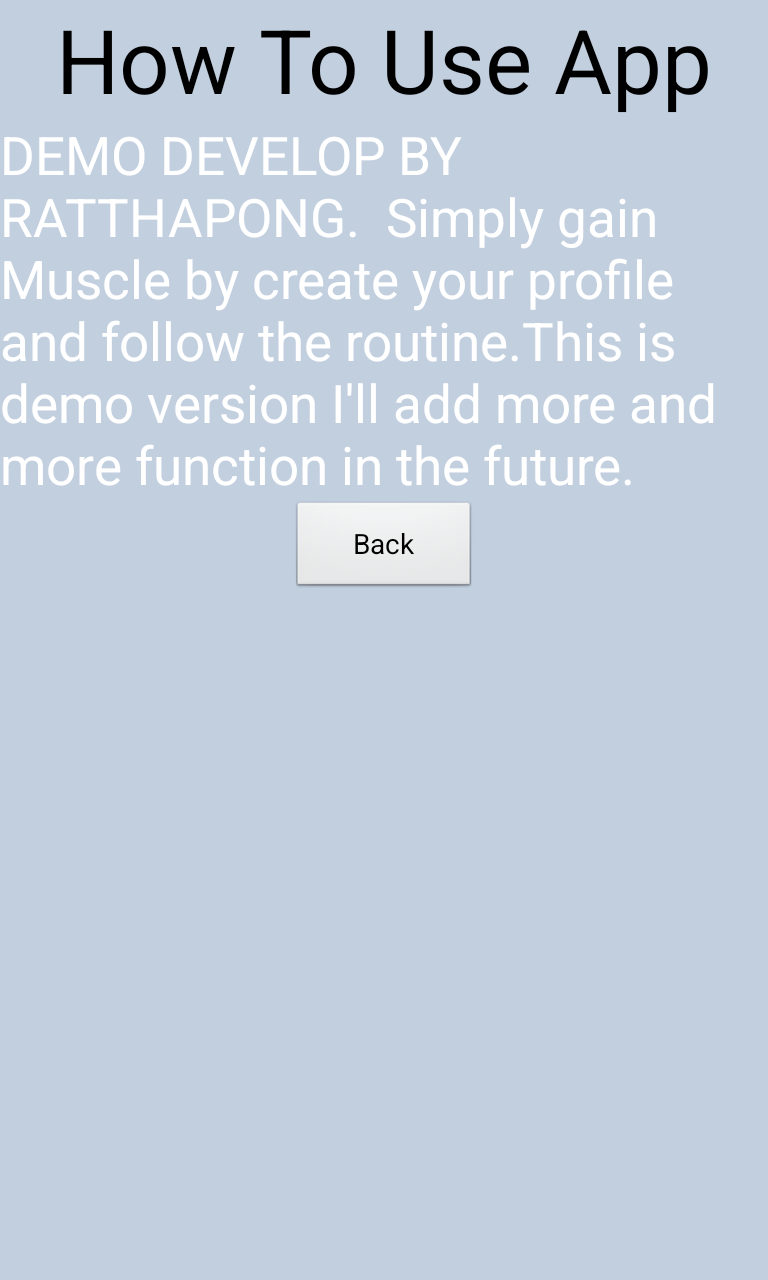
Repository: parinya1968/My-project
Layout: DroidWork/getBig/res/layout/howto.xml
These files come from the project's save history. The layout is drawn as it stood at one moment and after the next save; the edit follows.
It is drawn on a 768 x 1280 px phone screen (xhdpi) without system bars, with theme android:Theme.NoTitleBar.Fullscreen; the app's code is not run.

Above is the layout before, as saved 2012-06-20 06:03:11.

### DroidWork/getBig/res/layout/howto.xml
<?xml version="1.0" encoding="utf-8"?>
<LinearLayout xmlns:android="http://schemas.android.com/apk/res/android"
    android:layout_width="fill_parent"
    android:layout_height="fill_parent"
    android:background="#C2CFDF"
    android:orientation="vertical" >

    <TextView
        android:layout_width="wrap_content"
        android:layout_height="wrap_content"
        android:layout_gravity="center_horizontal"
        android:text="How To Use App"
        android:textColor="#000000"
        android:textSize="20pt" />





    <TextView
        android:id="@+id/textView1"
        android:layout_width="match_parent"
        android:layout_height="wrap_content"
        android:layout_gravity="center"
        android:text="DEMO DEVELOP BY RATTHAPONG.  Simply gain Muscle by create your profile and follow the routine.This is demo version I'll add more and more function in the future."
        android:textColor="@android:color/white"
        android:textSize="12pt" />


    <Button
        android:id="@+id/howtoBackBtn"
        android:layout_width="94dp"
        android:layout_height="wrap_content"
        android:layout_gravity="center"
        android:text="Back" />

</LinearLayout>

After the next save:
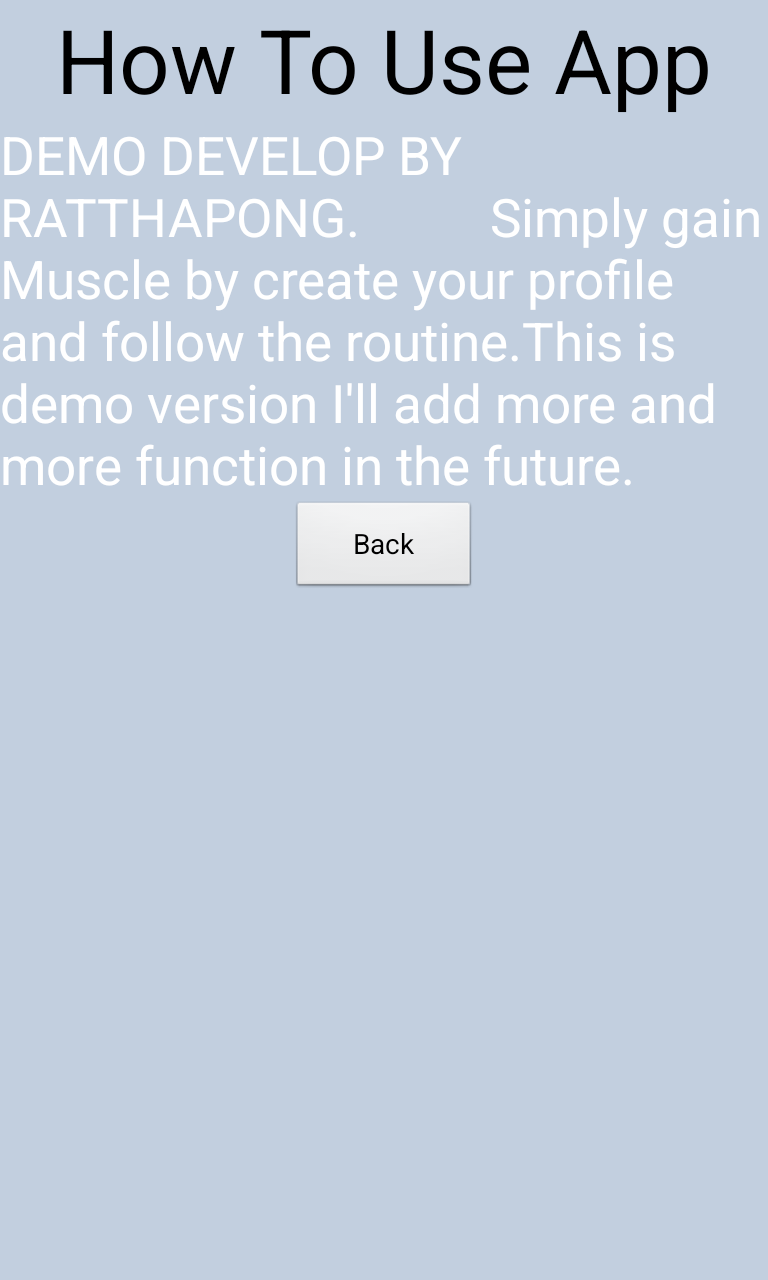
Saved 11 s later.
--- a/DroidWork/getBig/res/layout/howto.xml
+++ b/DroidWork/getBig/res/layout/howto.xml
@@ -22,7 +22,7 @@
         android:layout_width="match_parent"
         android:layout_height="wrap_content"
         android:layout_gravity="center"
-        android:text="DEMO DEVELOP BY RATTHAPONG.  Simply gain Muscle by create your profile and follow the routine.This is demo version I'll add more and more function in the future."
+        android:text="DEMO DEVELOP BY RATTHAPONG.          Simply gain Muscle by create your profile and follow the routine.This is demo version I'll add more and more function in the future."
         android:textColor="@android:color/white"
         android:textSize="12pt" />
 
